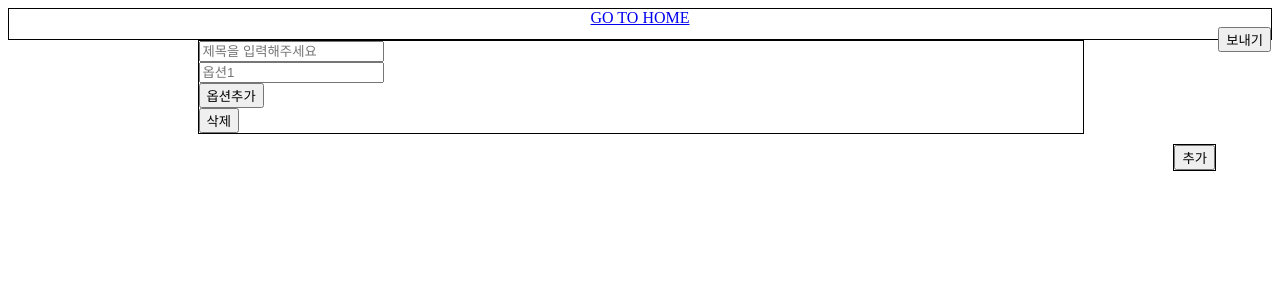
Repository: binigy97/VoteStie
Page: voteWeb/src/main/webapp/index.html
An editor plug-in stored every save of this project. The page is shown before and after the next save, followed by the edit.
The browser window is 1280 px wide. The pictures show the whole page.

Above is the page before, as saved 2022-03-03 13:51:00.

After the next save:
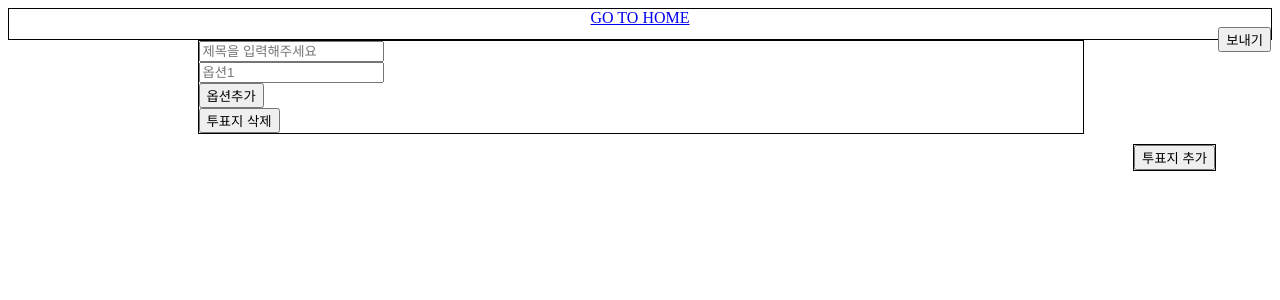
Saved 2 min 0 s later.
--- a/voteWeb/src/main/webapp/index.html
+++ b/voteWeb/src/main/webapp/index.html
@@ -57,14 +57,14 @@ div > label:last-child {
 			</div>
 		</form>
 		<form action="del_vote_btn">
-			<input type="submit" value="삭제">
+			<input type="submit" value="투표지 삭제">
 		</form>
 	</article>
 </section>
 
 <!-- 투표지 추가 -->
 <article>
-	<button>추가</button>
+	<button>투표지 추가</button>
 </article>
 </body>
 </html>
